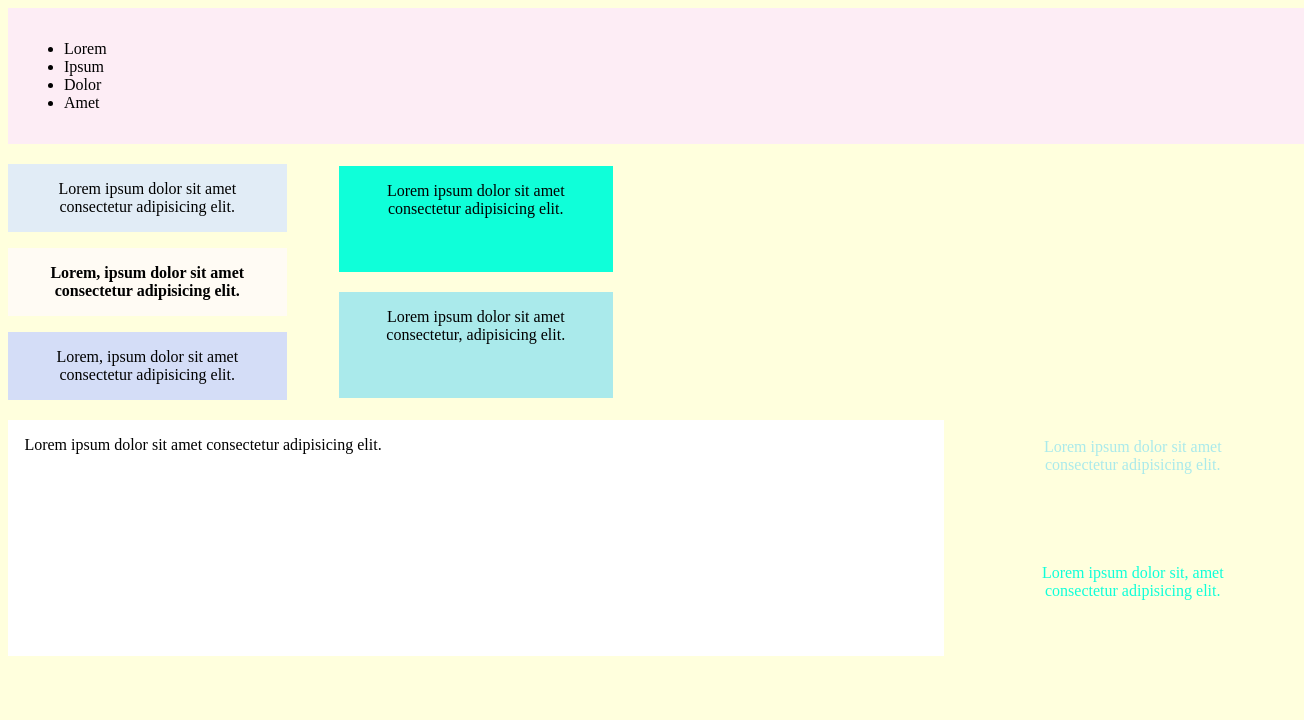
Repository: HTML-a-CSS-2/projekt-portfolio-Angelina555555
Page: .github/index.html
These files come from the project's save history. The page is drawn as it stood at one moment and after the next save; the edit follows.
The browser window is 1280 px wide. The page is 1304 px wide, so the pictures cover 1304 px, including what lies to the right of the window. The pictures show the whole page.

Above is the page before, as saved 2022-05-15 21:09:16.

After the next save:
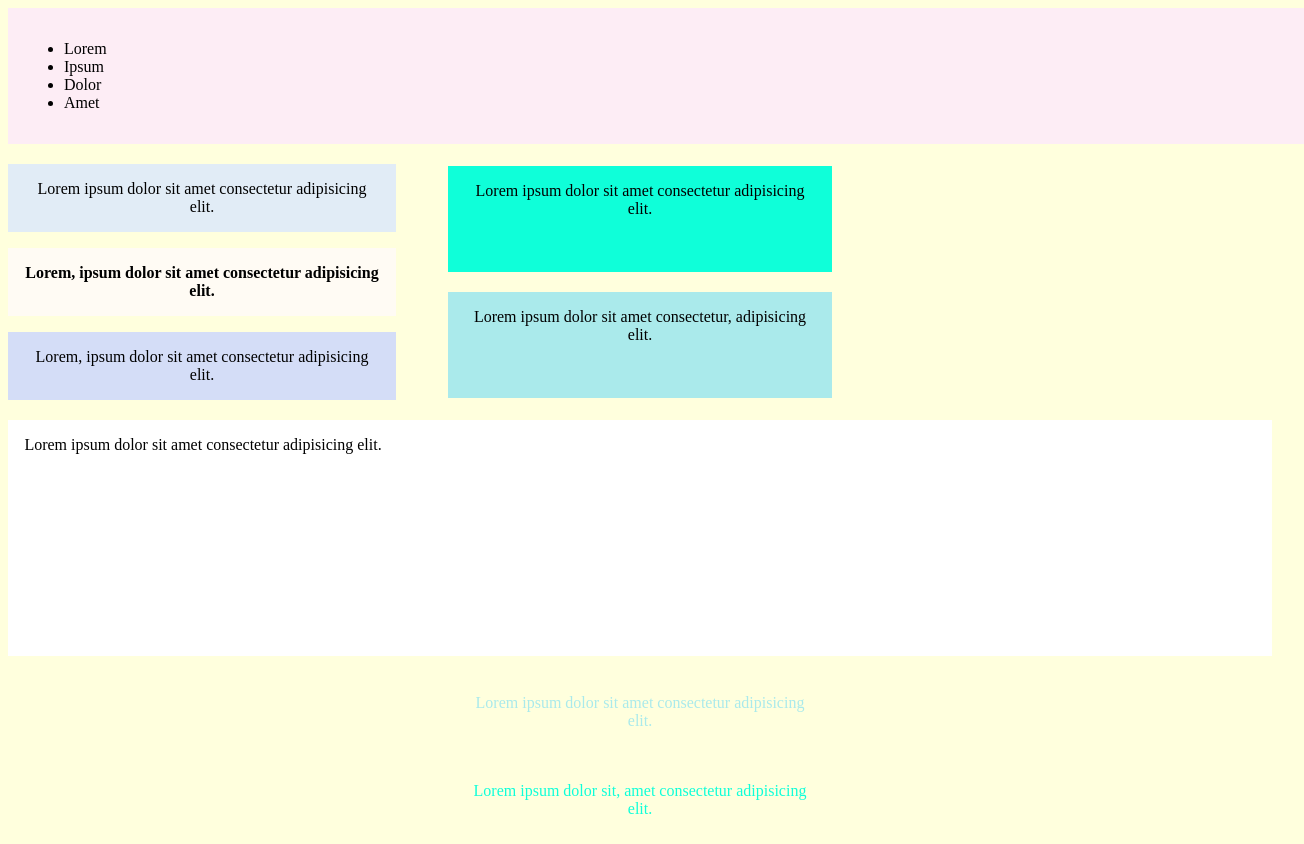
Saved 34 min 1 s later.
--- a/.github/default.css
+++ b/.github/default.css
@@ -33,6 +33,10 @@ body {
 }
 .leader {
   grid-column-end: span 3;
+}
+
+.blok-posledni {
+  grid-column-end: 3;
 }
 .article__element-jeden,
 .article__element-dva,
